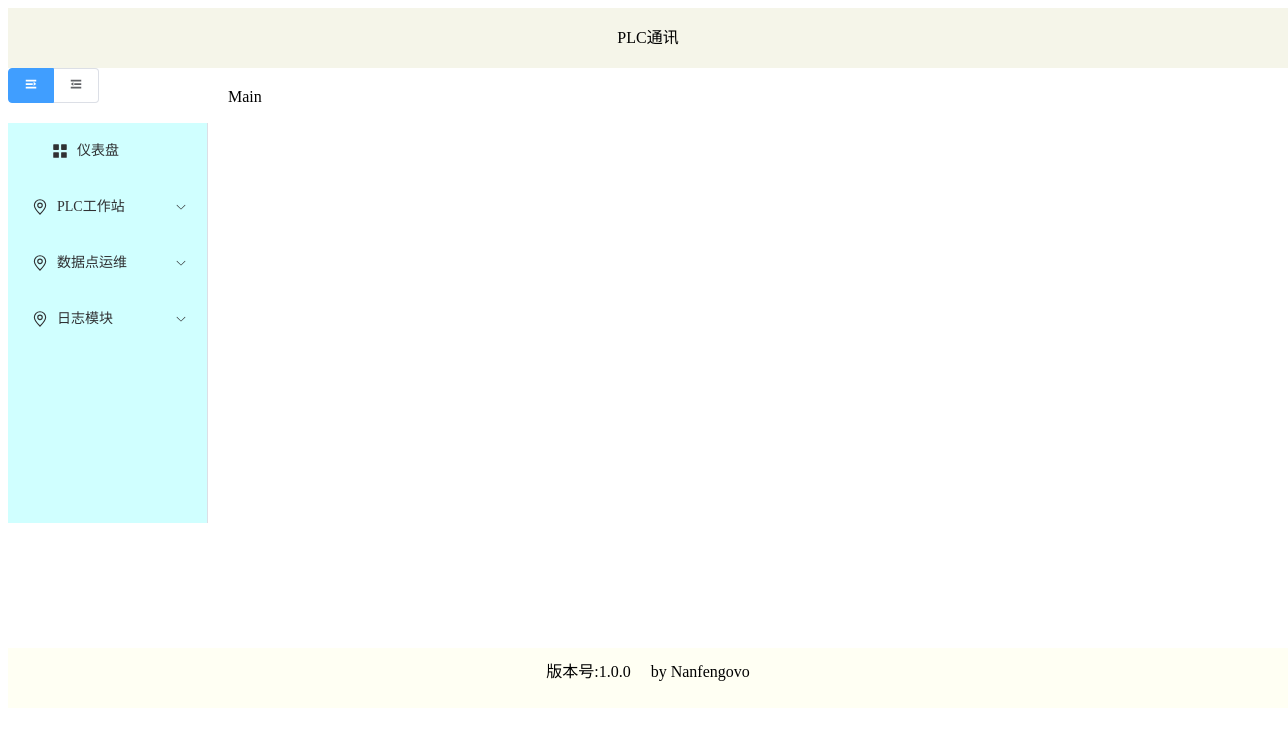
Repository: nanfengovo/HelperWorkStation
Page: /#/frameWork/PLCWorkstation/S7 (app in HelperWorkStation/plchelper-ui/)
These files come from the project's save history. The page is drawn as it stood at one moment and after the next save; the edit follows.
The browser window is 1280 px wide. The page is 1288 px wide, so the pictures cover 1288 px, including what lies to the right of the window. The pictures show the whole page.
The project was rebuilt for these pictures with package versions that can differ from the ones it lists, and the page was loaded fresh each time. Also part of the build but not shown: HelperWorkStation/plchelper-ui/vite.config.ts.

Above is the page before, as saved 2024-12-23 20:21:33.

After the next save:
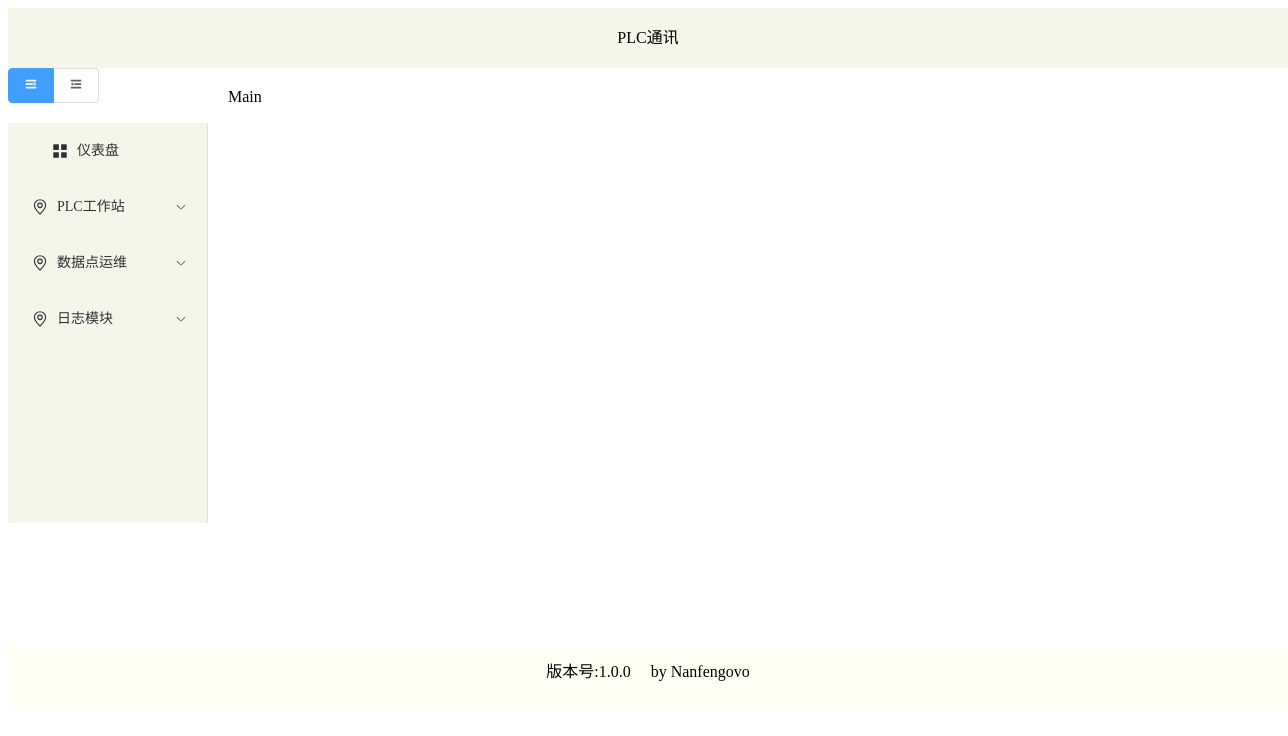
Saved 30 s later.
--- a/HelperWorkStation/plchelper-ui/src/views/FrameWork/index.vue
+++ b/HelperWorkStation/plchelper-ui/src/views/FrameWork/index.vue
@@ -13,7 +13,7 @@
                         <el-radio-button :value="true"><el-icon><Fold /></el-icon></el-radio-button>
                     </el-radio-group>
                     <el-menu
-                        background-color="#d0ffff"
+                        background-color="#f5f5e9"
                         default-active="1"
                         class="el-menu-vertical-demo"
                         :collapse="isCollapse"
